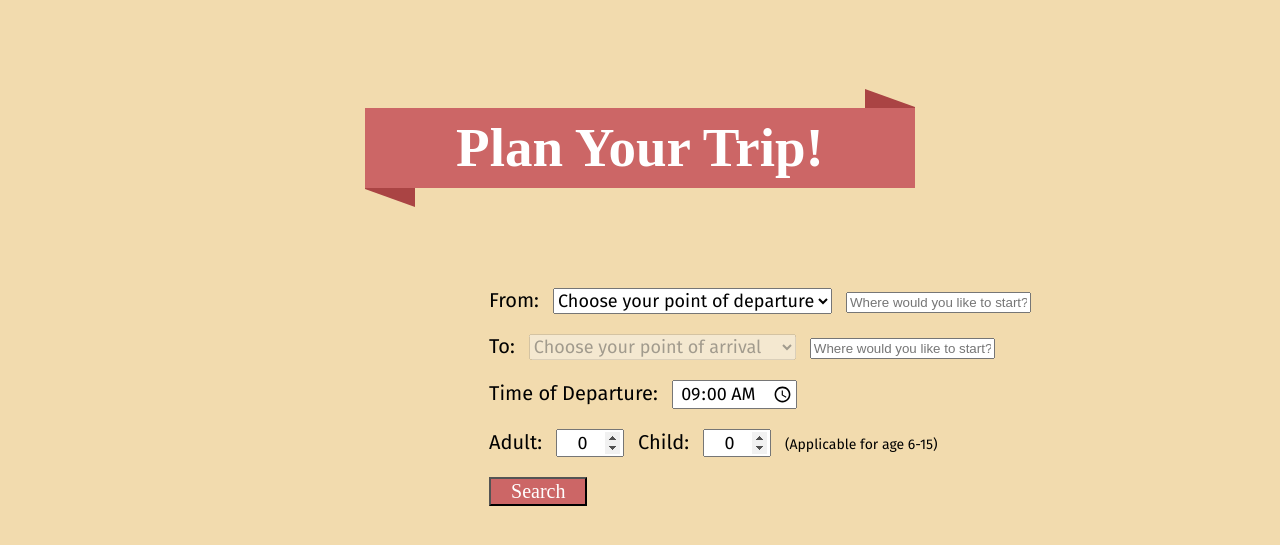
Repository: bbh0607/bae_dNation
Page: public/index.html
These files come from the project's save history. The page is drawn as it stood at one moment and after the next save; the edit follows.
The browser window is 1280 px wide. The pictures show the whole page.
Some web fonts or font styles are not loaded; a fallback is used.

Above is the page before, as saved 2020-02-01 15:15:10.

### public/index.html
<!DOCTYPE html>
<html lang="en">
  <head>
    <meta charset="UTF-8" />
    <link rel="stylesheet" type="text/css" href="./css/style.css" />
    <link rel="stylesheet" href="https://fonts.googleapis.com/css?family=Fira+Sans">
    <script src="js/script.js"></script>
    <title>My Website</title>
  </head>
  <body>
    <h1>Plan Your Trip!</h1>
    <form action="result.html" method="POST">
      <ul>
        <li>
          <label for="from">From:</label>
          <select id="fromSelect" name="from" onchange="removeDuplicate(this)" required>
            <option value="DEFAULT" selected disabled hidden>Choose your point of departure</option>
            <option value="KLIA">KLIA (KL International Airport)</option>
            <option value="KLIA2">KLIA2 (Airport Terminal 2)</option>
            <option value="SENTRAL">KL Sentral</option>
            <option value="OTHER">Other..</option>
          </select>
          <input type="text" name="search" placeholder="Where would you like to start?">
        </li>
        <li>
          <label for="to">To:</label>
          <select id="toSelect" name="to" onchange="removeDuplicate(this)" disabled required>
            <option value="DEFAULT" selected disabled hidden>Choose your point of arrival</option>
            <option value="KLIA">KLIA (KL International Airport)</option>
            <option value="KLIA2">KLIA2 (Airport Terminal 2)</option>
            <option value="SENTRAL">KL Sentral</option>
            <option value="OTHER">Other..</option>
          </select>
          <input type="text" name="search" placeholder="Where would you like to start?">
        </li>
        <li>
          <label for="deptime">Time of Departure:</label>
          <input type="time" id="deptime" name="deptime" value="09:00" required>
        </li>
        <li>
          <label for="adult">Adult:</label>
          <input type="number" id="adult" name="adult" value="0" min='0' required>
          <label for="child">Child:</label>
          <input type="number" id="child" name="child" value="0" min='0' required>
          <small>(Applicable for age 6-15)</small>
        </li>
        <li>
          <input type="submit" value="Search">
        </li>
      </ul>
    </form a>
  </body>
</html>

### public/css/style.css
/* body {
  background-color: aquamarine;
} */

@import url(https://fonts.googleapis.com/css?family=Patua+One);

body {
  background-color:#F2DBAE;
  align-content: center;
}

h1 {
  background-color:#c66;
  width:550px; height:80px;
  line-height:80px;
  font-size:55px;
  text-align:center;
  position:relative;
  margin:100px auto;
  font-family: 'Patua One', cursive;
  color:#fff;
  }

h1:before, h1:after {
  background-color:#a44;
  width:50px; height:80px;
  content:'';
  display:block;
  transform:skewY(20deg);
  position:absolute;
  z-index:-1;
}

h1:before {top:10px; left:0; }
h1:after {top:-10px; right:0; }

label {
  font-size: 20px;
  font-family: "Fira Sans", sans-serif;
  margin-right: 10px;
}

ul {
  list-style-type: none;
  justify-self: center;
  margin-left: 200px;
}

li {
  margin-top: 20px;
}

select {
  font-family: "Fira Sans", sans-serif;
  font-size: 18px;
  margin-right: 10px;
}

input[type="submit"]{
  background-color: #c66;
  color: #fff;
  font-size: 20px;
  font-family: 'Patua One', cursive;
  padding-left: 20px;
  padding-right: 20px;
}

input[type="number"]{
  width: 60px;
  text-align: center;
  margin-right: 10px;
  font-family: "Fira Sans", sans-serif;
  font-size: 18px;
}

input[type="time"]{
  width: 120px;
  text-align: center;
  font-family: "Fira Sans", sans-serif;
  font-size: 18px;
}

input[type="text"]{

}

small {
  font-family: "Fira Sans", sans-serif;
  font-size: 14px;
}

input[type='number']::-webkit-inner-spin-button,
input[type='number']::-webkit-outer-spin-button {
    opacity: 1;
}

input[type='time']::-webkit-inner-spin-button,
input[type='time']::-webkit-outer-spin-button {
    opacity: 1;
}

### public/js/script.js
function removeDuplicate(element) {
    const changedId = element.id;
    const comparisonId = changedId == 'fromSelect'? 'toSelect': 'fromSelect';
    const changed = document.getElementById(changedId);
    const compare = document.getElementById(comparisonId)
    if (
      changed.options[changed.selectedIndex].value ==
      compare.options[compare.selectedIndex].value
    ) compare.value="DEFAULT"
    document.getElementById(comparisonId).disabled = false;
}

After the next save:
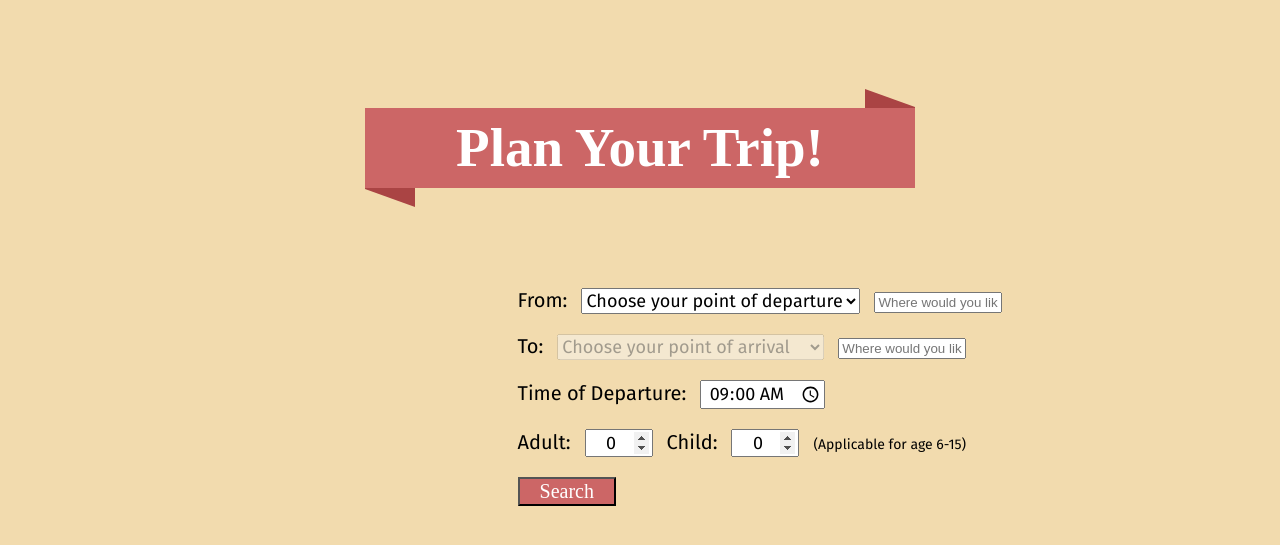
Saved 9 s later.
--- a/public/css/style.css
+++ b/public/css/style.css
@@ -81,6 +81,7 @@ input[type="time"]{
 }
 
 input[type="text"]{
+  width: 120px;
 
 }
 
